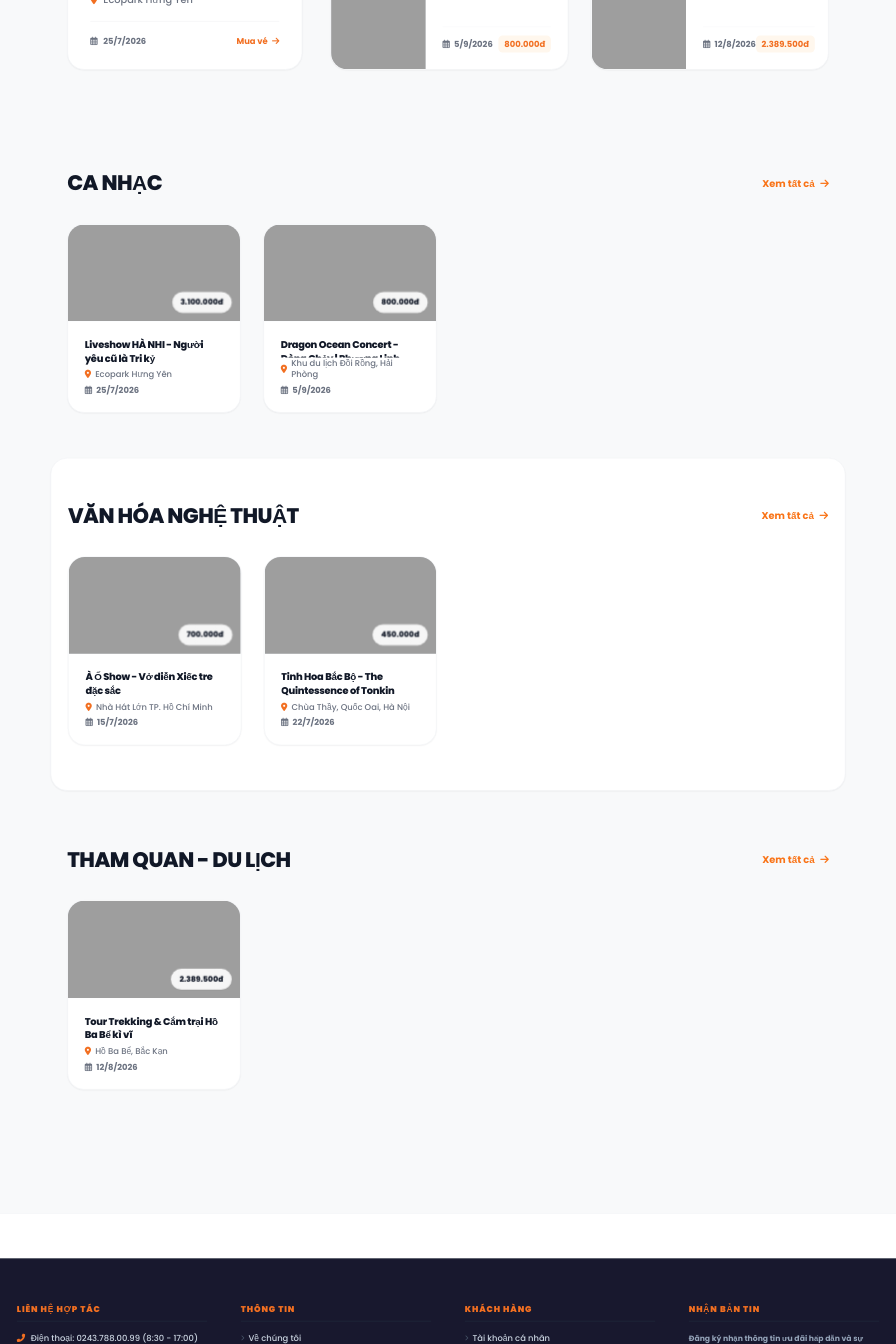
Repository: Vu-Tien-Duc/K23CNT3_VuTienDuc_Project4_EventTicket
Page: EventTicket_BDHT_Project/frontend-web/pages/index.html
These files come from the project's save history. The page is drawn as it stood at one moment and after the next save; the edit follows.
The browser window is 1280 px wide. The pictures show the part of the page from y = 1907 to 3827 px (the page is 4091 px tall before and 2634 px after), at 70% of full size.
Pictures or frames that could not be fetched are drawn as grey boxes. The page's requests for data from a server got no answer. Some web libraries are served in a nearby version.

Above is the page before, as saved 2026-05-20 20:54:21.
Not found: EventTicket_BDHT_Project/frontend-web/assets/js/core/i18n.js

After the next save:
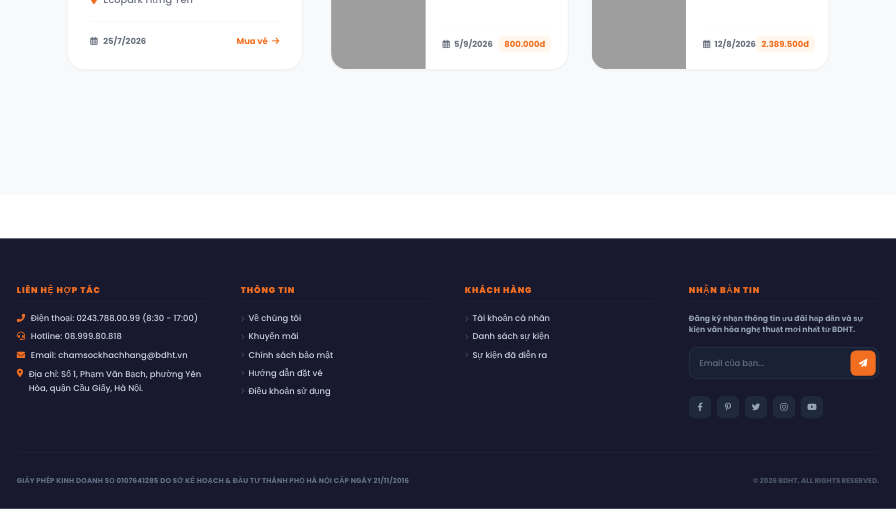
Saved 11 s later.
--- a/EventTicket_BDHT_Project/frontend-web/pages/index.html
+++ b/EventTicket_BDHT_Project/frontend-web/pages/index.html
@@ -193,39 +193,7 @@
             </div>
         </section>
 
-        <!-- ==================== DYNAMIC CATEGORY BLOCKS ==================== -->
-        <!-- 1. CA NHẠC (MUSIC SECTION) -->
-        <section class="max-w-7xl mx-auto px-6 py-16">
-            <div class="flex justify-between items-center mb-10">
-                <h2 class="text-3xl font-extrabold text-gray-900 tracking-tight" data-i18n="body.music_section">CA NHẠC</h2>
-                <a href="index.html?category=Vé%20ca%20nhạc" class="text-sm font-bold text-orange-500 hover:text-orange-600 transition flex items-center gap-2 hover:translate-x-1"><span data-i18n="body.view_all">Xem tất cả</span> <i class="fas fa-arrow-right"></i></a>
-            </div>
-            <div id="music-event-list" class="grid grid-cols-1 sm:grid-cols-2 lg:grid-cols-4 gap-8">
-                <!-- Rendered dynamically -->
-            </div>
-        </section>
-
-        <!-- 2. VĂN HÓA NGHỆ THUẬT (CULTURE SECTION) -->
-        <section class="max-w-7xl mx-auto px-6 py-16 bg-white rounded-3xl shadow-sm border border-gray-100">
-            <div class="flex justify-between items-center mb-10">
-                <h2 class="text-3xl font-extrabold text-gray-900 tracking-tight" data-i18n="body.culture_section">VĂN HÓA NGHỆ THUẬT</h2>
-                <a href="index.html?category=Văn%20hóa%20nghệ%20thuật" class="text-sm font-bold text-orange-500 hover:text-orange-600 transition flex items-center gap-2 hover:translate-x-1"><span data-i18n="body.view_all">Xem tất cả</span> <i class="fas fa-arrow-right"></i></a>
-            </div>
-            <div id="culture-event-list" class="grid grid-cols-1 sm:grid-cols-2 lg:grid-cols-4 gap-8">
-                <!-- Rendered dynamically -->
-            </div>
-        </section>
-
-        <!-- 3. THAM QUAN - DU LỊCH (TOURISM SECTION) -->
-        <section class="max-w-7xl mx-auto px-6 py-20">
-            <div class="flex justify-between items-center mb-10">
-                <h2 class="text-3xl font-extrabold text-gray-900 tracking-tight" data-i18n="body.tourism_section">THAM QUAN - DU LỊCH</h2>
-                <a href="index.html?category=Vé%20tham%20quan%20-%20du%20lịch" class="text-sm font-bold text-orange-500 hover:text-orange-600 transition flex items-center gap-2 hover:translate-x-1"><span data-i18n="body.view_all">Xem tất cả</span> <i class="fas fa-arrow-right"></i></a>
-            </div>
-            <div id="tourism-event-list" class="grid grid-cols-1 sm:grid-cols-2 lg:grid-cols-4 gap-8">
-                <!-- Rendered dynamically -->
-            </div>
-        </section>
+
 
 
 
